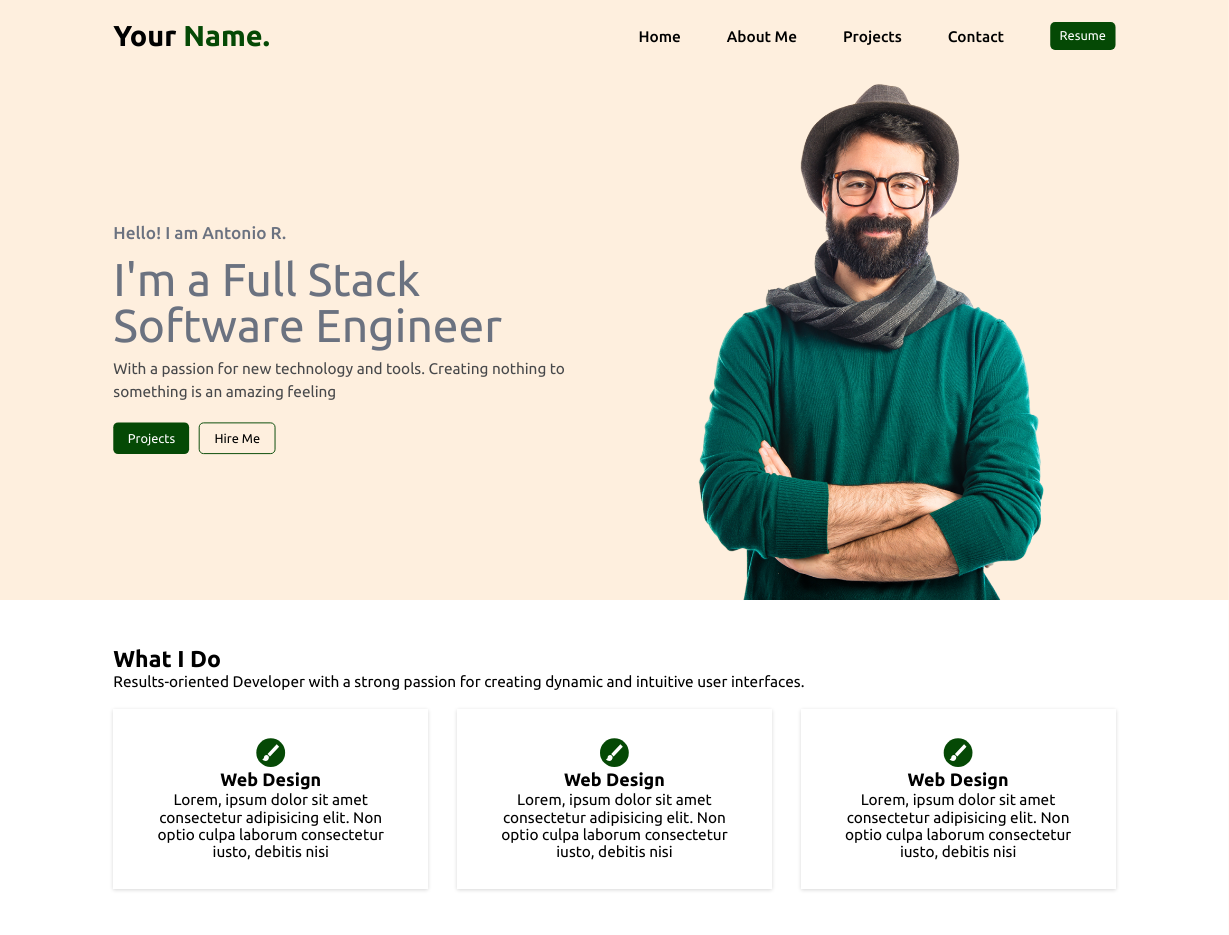
Repository: DevAntonioRogers/vanilla-portfolio
Page: index.html
The author's editor kept a copy of each file at every save. The page is drawn from the files as they stood at one save, then again after the next save.
The browser window is 1280 px wide. The pictures show the whole page, at 96% of full size.

Above is the page before, as saved 2023-07-14 22:54:00.

After the next save:
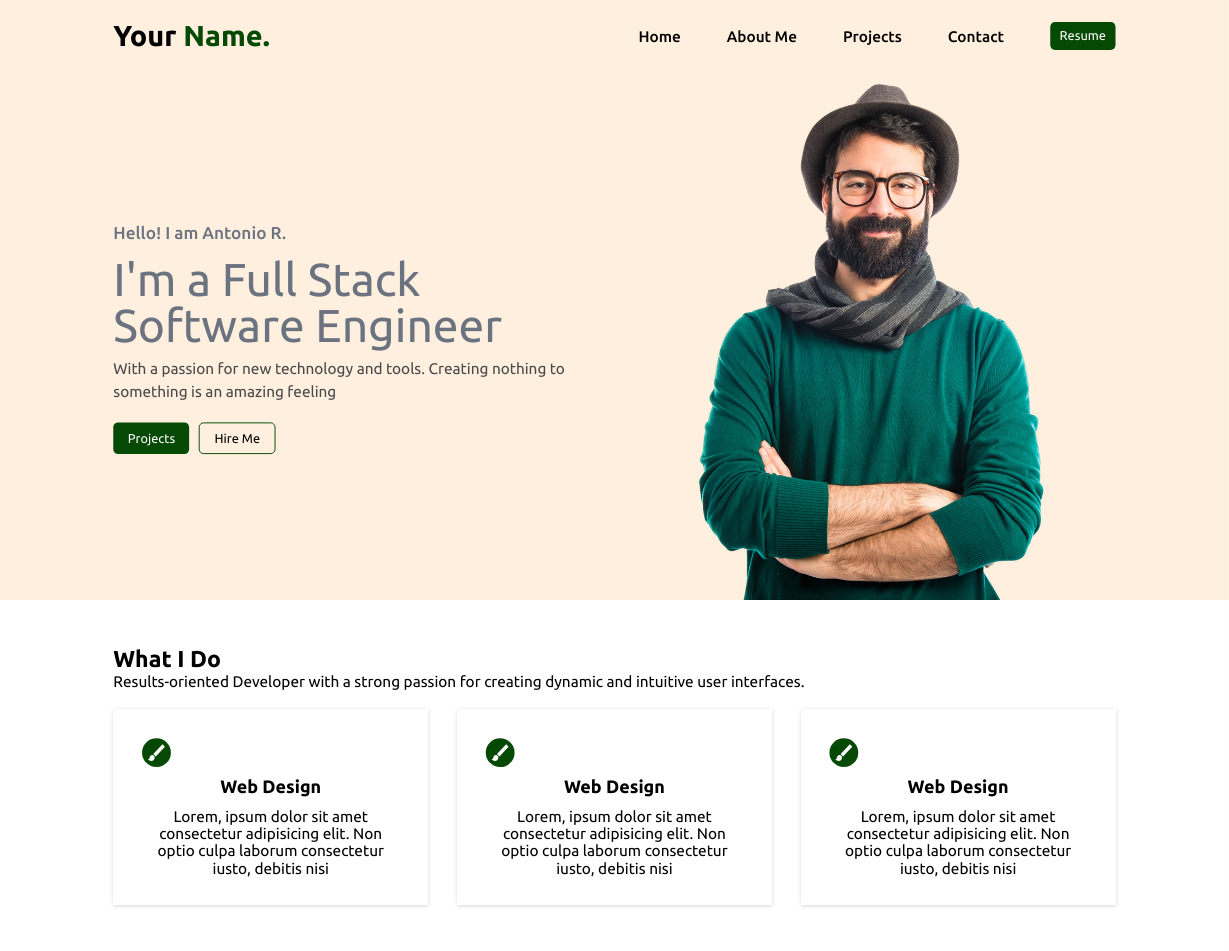
Saved 23 s later.
--- a/style.css
+++ b/style.css
@@ -153,5 +153,8 @@
 
 .skill-box {
   box-shadow: rgba(0, 0, 0, 0.16) 0px 1px 4px;
+  display: flex;
+  flex-direction: column;
+  gap: 10px;
   padding: 30px;
 }

After the save that followed:
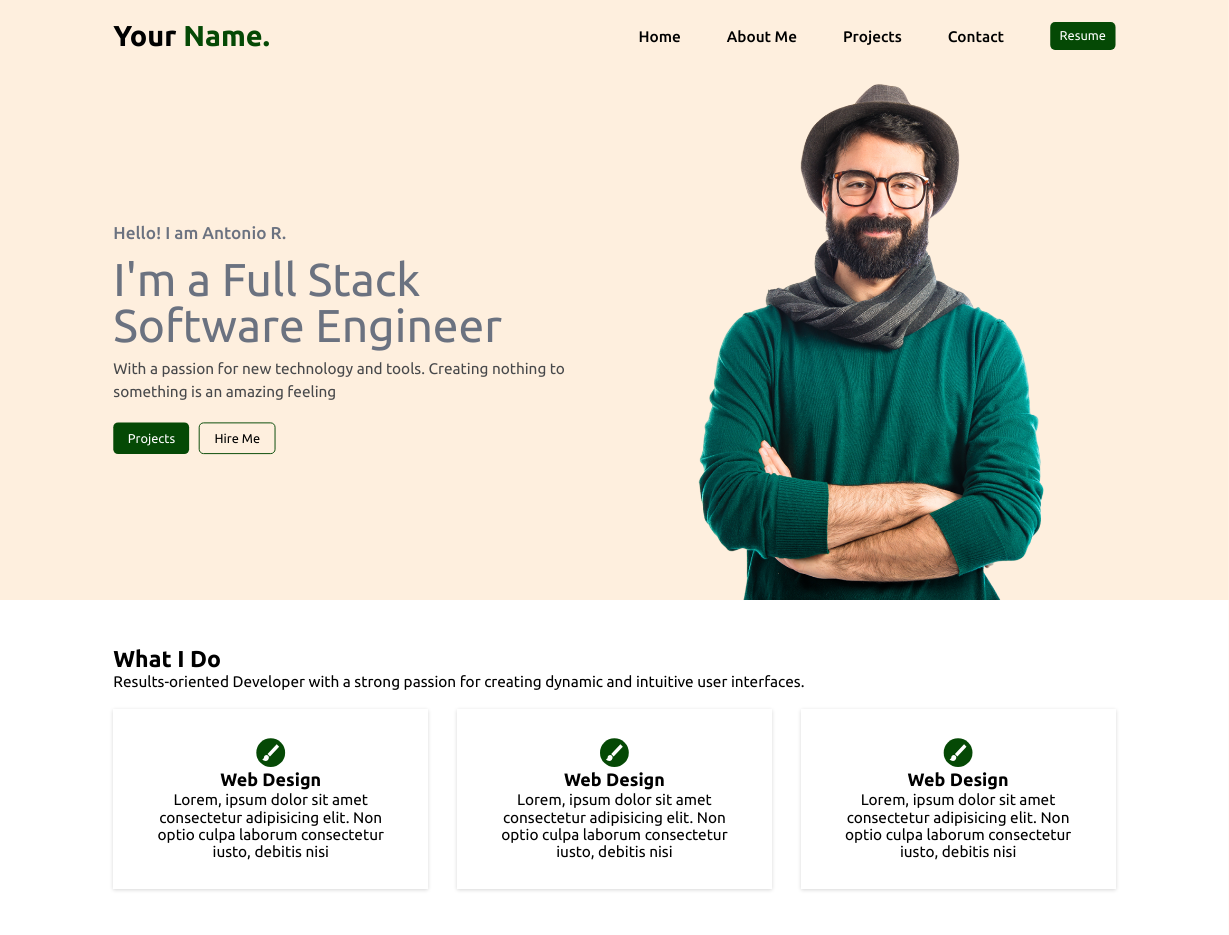
Saved 14 s later.
--- a/style.css
+++ b/style.css
@@ -153,8 +153,5 @@
 
 .skill-box {
   box-shadow: rgba(0, 0, 0, 0.16) 0px 1px 4px;
-  display: flex;
-  flex-direction: column;
-  gap: 10px;
   padding: 30px;
 }
